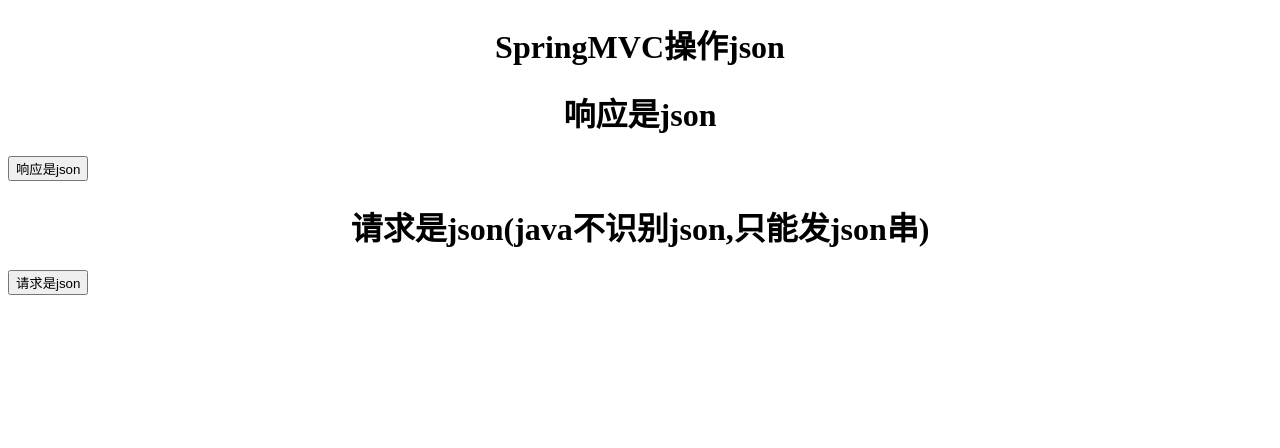
Repository: byuan98/study
Page: http://localhost/day097web/jsps/index3.jsp
The author's editor kept a copy of each file at every save. The page is drawn from the files as they stood at one save, then again after the next save.
The browser window is 1280 px wide. The pictures show the whole page.
The page is served by Tomcat 9. Other server files are loaded and not shown.

Above is the page before, as saved 2021-04-24 12:46:13.

### day097web/WebContent/jsps/index3.jsp
<%@ page language="java" contentType="text/html; charset=UTF-8" pageEncoding="UTF-8"%>
<%@ taglib prefix="core" uri="http://java.sun.com/jsp/jstl/core"%>
<!DOCTYPE html>
<html>
<head>
<meta charset="UTF-8">
<script type="text/javascript" src="<core:url value='/js/jquery-1.6.4.min.js'/>"></script>
<title>Insert title here</title>
</head>
<body>
    <h1 align="center">SpringMVC操作json</h1>
    <h1 align="center">响应是json</h1>
    <input type="button" value="响应是json" id="but_responseJson"/>
    <script type="text/javascript">
        $(function(){
        	$("#but_responseJson").bind("click",function(){
        		$.ajax({
        			url:"<core:url value='/test2/method1.action'/>", /*请求的url*/
        			success:function(data){
        				alert(data);
        				alert(data.stuname+"::"+data.stuscore);
        			},/*成功后的回调函数*/
        			type:"GET",/*请求的方式*/
        			dataType:"json",/*请求期待的响应数据类型*/
        			async:true,/*是否异步true*/
        			cache:false/*是否使用缓存,默认false*/
        		});
        	});
        });
    </script>

    <h1 align="center">请求是json(java不识别json,只能发json串)</h1>
    <input type="button" value="请求是json" id="but_requestJson1"/>
    <script type="text/javascript">
        $(function(){
        	$("#but_requestJson1").bind("click",function(){
        		var dataJson='{"stuname":"Echo","stuscore":90.5}';
        		$.ajax({
        			url:"<core:url value='/test2/method2.action'/>", /*请求的url*/
        			success:function(data){
        				alert(data);
        			},
                    type:"POST",/*请求的方式*/
                    dataType:"text",/*请求期待的响应数据类型*/
                    contentType:"application/json;charset=utf-8",/*请求参数是json:必须设置请求头contentType*/
                    data:dataJson,/*请求的参数*/
                    async:true,/*是否异步true*/
                    cache:false/*是否使用缓存,默认false*/
        		});
        	});
        });
    </script>
</body>
</html>

Loaded but not shown: day097web/WebContent/js/jquery-1.6.4.min.js (library)

After the next save:
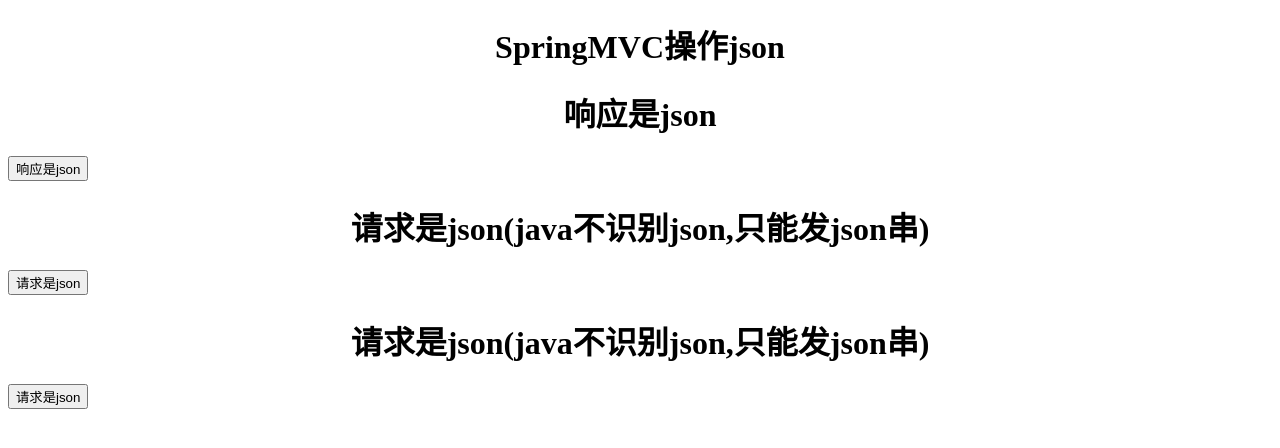
Saved 5 min 3 s later.
--- a/day097web/WebContent/jsps/index3.jsp
+++ b/day097web/WebContent/jsps/index3.jsp
@@ -34,7 +34,8 @@
     <script type="text/javascript">
         $(function(){
         	$("#but_requestJson1").bind("click",function(){
-        		var dataJson='{"stuname":"Echo","stuscore":90.5}';
+        		//响应是json
+        		var dataJson='{"stuname":"Echo","stuscore":90.5}'; /*这里注意一定要是单引号包裹*/
         		$.ajax({
         			url:"<core:url value='/test2/method2.action'/>", /*请求的url*/
         			success:function(data){
@@ -50,5 +51,28 @@
         	});
         });
     </script>
+
+    <h1 align="center">请求是json(java不识别json,只能发json串)</h1>
+    <input type="button" value="请求是json" id="but_requestJson2"/>
+    <script type="text/javascript">
+        $(function(){
+            $("#but_requestJson2").bind("click",function(){
+                //响应是json
+                var dataJson='{"stuname":"Ali","stuscore":89.6}'; /*这里注意一定要是单引号包裹*/
+                $.ajax({
+                    url:"<core:url value='/test2/method3.action'/>", /*请求的url*/
+                    success:function(data){
+                        alert(data);
+                    },
+                    type:"POST",/*请求的方式*/
+                    dataType:"text",/*请求期待的响应数据类型*/
+                    contentType:"application/json;charset=utf-8",/*请求参数是json:必须设置请求头contentType*/
+                    data:dataJson,/*请求的参数*/
+                    async:true,/*是否异步true*/
+                    cache:false/*是否使用缓存,默认false*/
+                });
+            });
+        });
+    </script>
 </body>
 </html>
